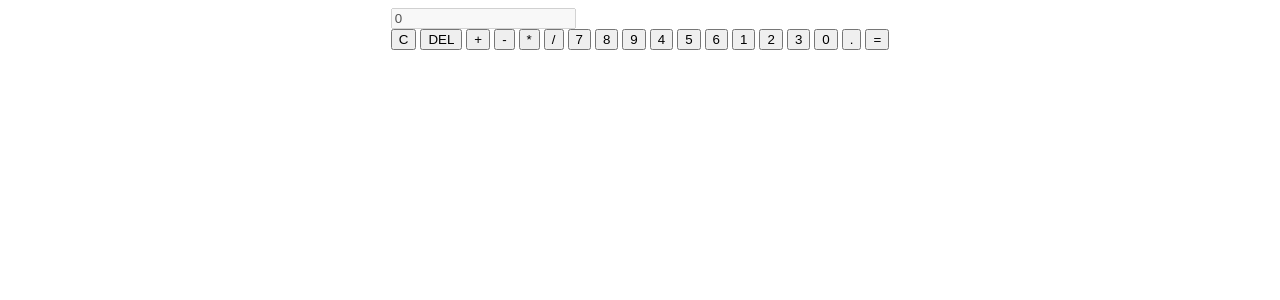
Repository: jaskeat/Calculator
Page: index.html
These files come from the project's save history. The page is drawn as it stood at one moment and after the next save; the edit follows.
The browser window is 1280 px wide. The pictures show the whole page.

Above is the page before, as saved 2024-09-05 09:04:44.

After the next save:
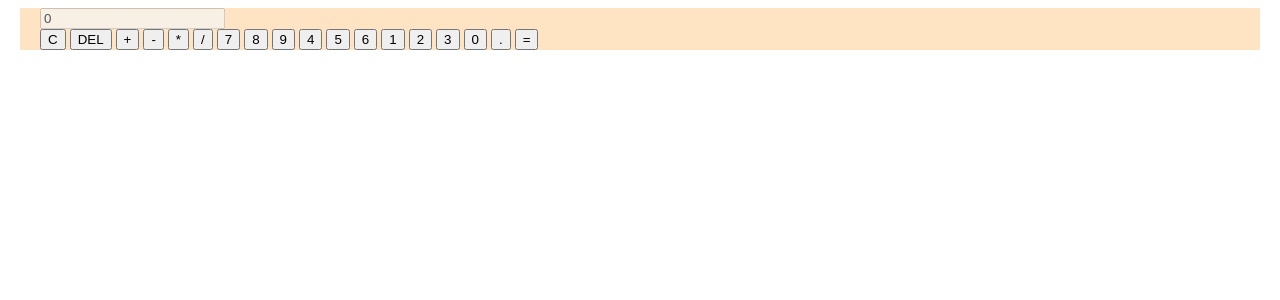
Saved 4 s later.
--- a/style.css
+++ b/style.css
@@ -4,7 +4,7 @@ body {
 	align-items: center;
 }
 
-..calculator {
+.calculator {
 	width: 100%;
 	max-width: 1200px;
 	margin: 0 auto;
